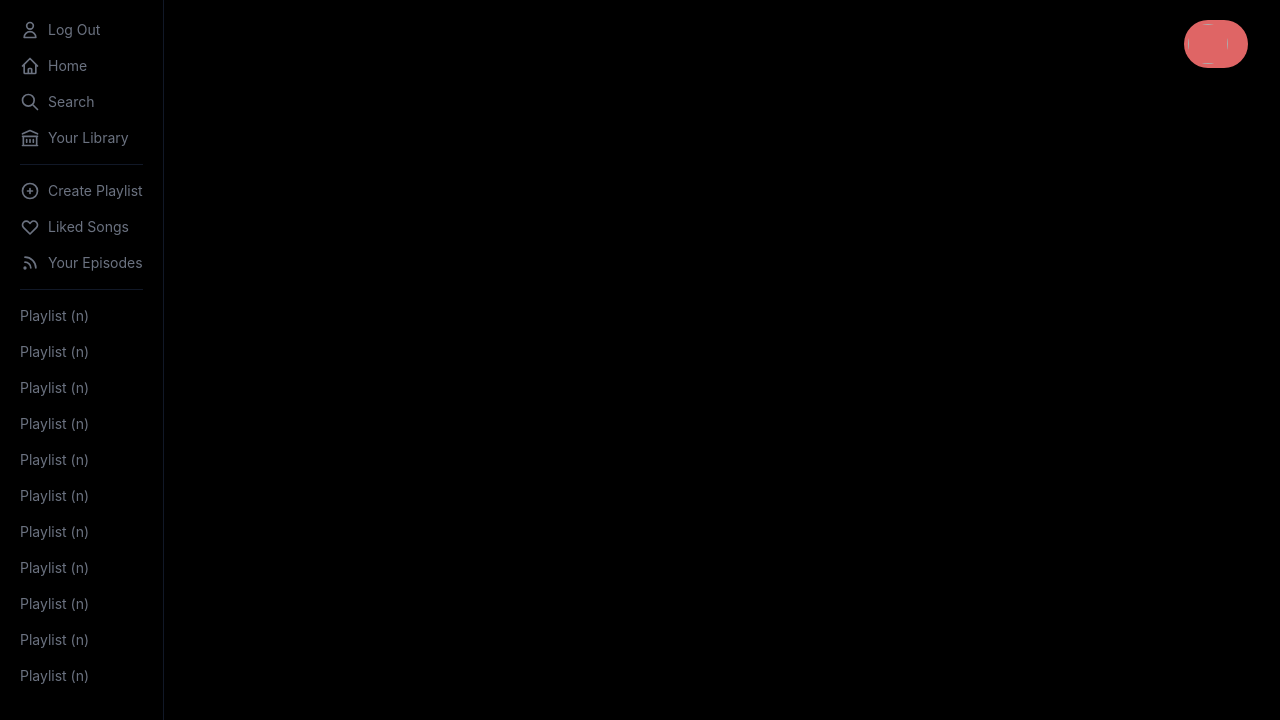
Repository: Delos-343/Spotify-2.0
Page: /
These files come from the project's save history. The page is drawn as it stood at one moment and after the next save; the edit follows.
The browser window is 1280 px wide. The pictures show the whole page.
The page's requests for data from a server got no answer. The project was rebuilt for these pictures with package versions that can differ from the ones it lists, and the page was loaded fresh each time. The framework's server and built-in components were replaced by stand-ins that run in the browser. No one was signed in, and anything a server would have sent is missing. Also part of the build but not shown: next.config.js.

Above is the page before, as saved 2022-04-11 20:45:14.

After the next save:
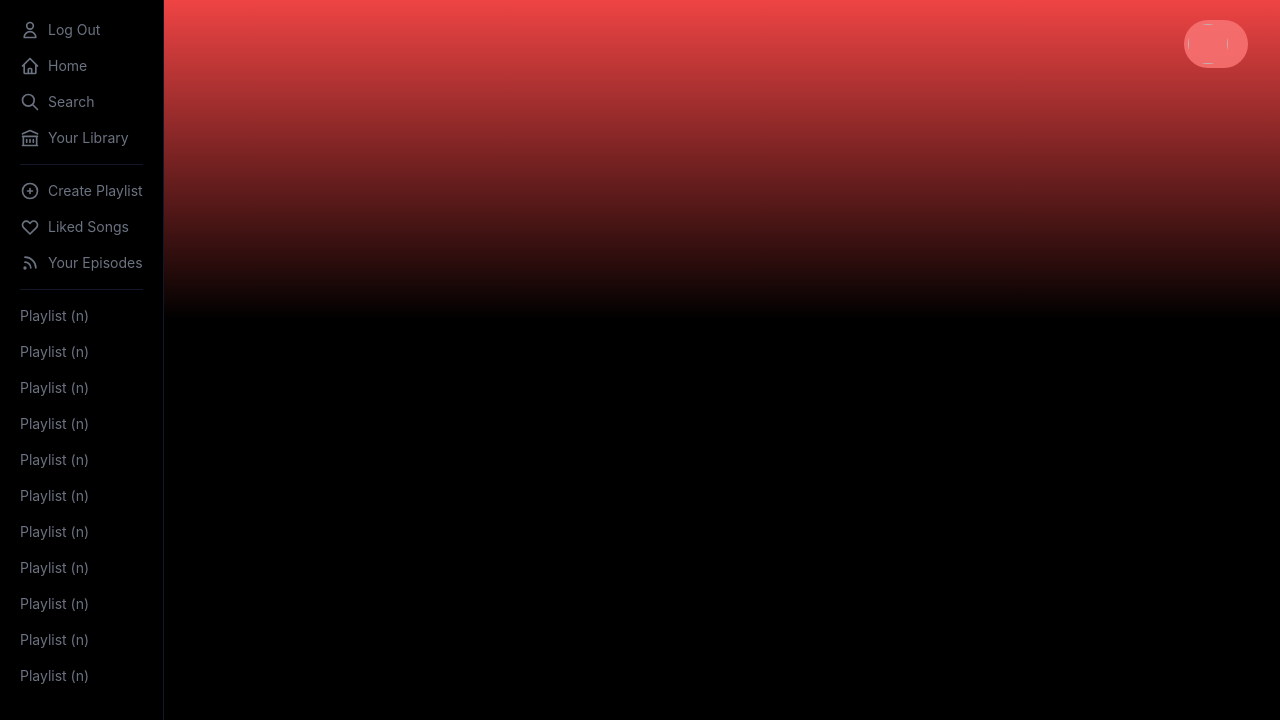
Saved 57 s later.
--- a/components/Center.jsx
+++ b/components/Center.jsx
@@ -13,7 +13,7 @@ function Center() {
                 <h2>{session?.user.name}</h2>
             </div>
         </header>
-        <section className='flex items-end space-x-7 bg-gradient-to-b to-black from-red-500'>
+        <section className='flex items-end space-x-7 bg-gradient-to-b to-black from-red-500 h-80 text-white padding-8 w-full'>
             {/* <img src='' alt='' /> */}
         </section>
     </div>
